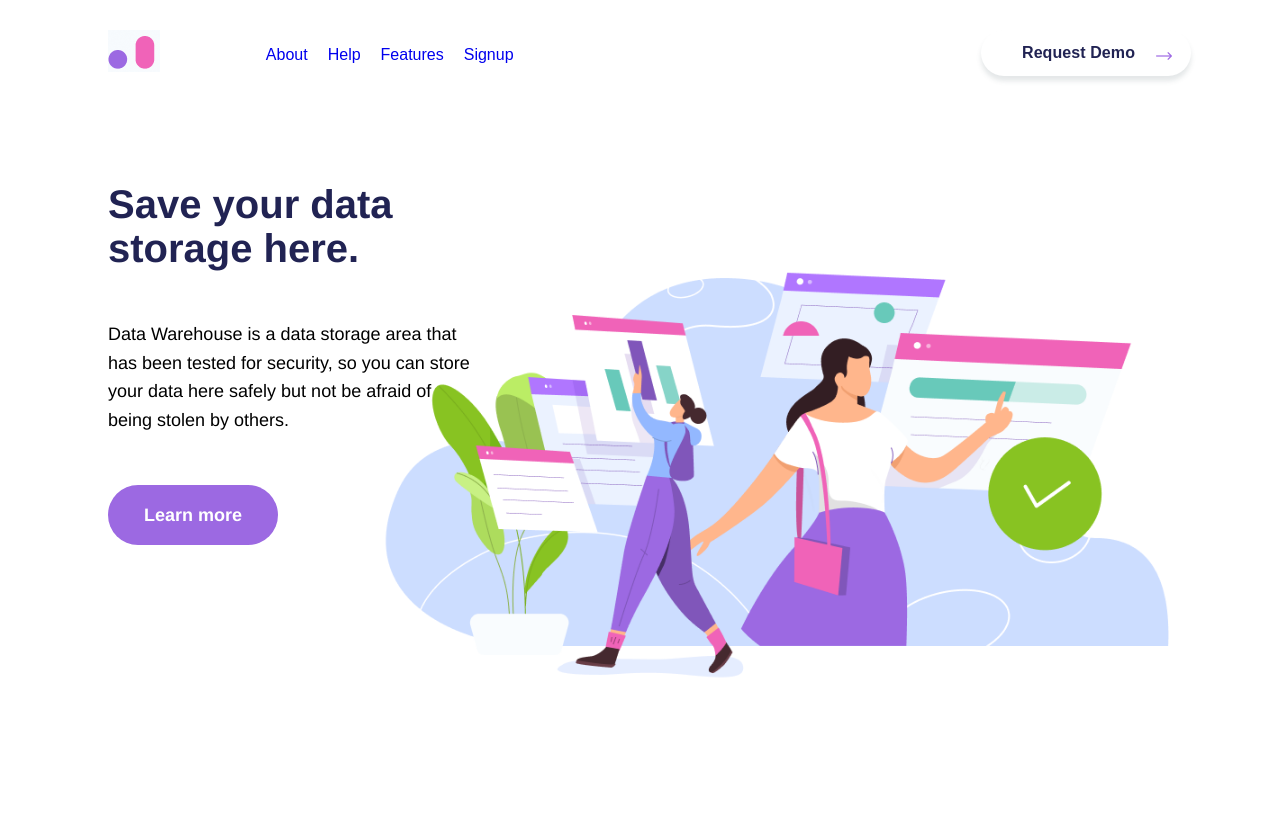
Repository: batonAnton/HW6_flexbox
Page: index.html
The author's editor kept a copy of each file at every save. The page is drawn from the files as they stood at one save, then again after the next save.
The browser window is 1280 px wide. The pictures show the whole page.
Some web fonts or font styles are not loaded; a fallback is used.

Above is the page before, as saved 2022-06-18 11:15:32.

### index.html
<!DOCTYPE html>
<html lang="en">
<head>
    <meta charset="UTF-8">
    <meta http-equiv="X-UA-Compatible" content="IE=edge">
    <meta name="viewport" content="width=device-width, initial-scale=1.0">
    <link href="http://fonts.cdnfonts.com/css/helvetica-neue-9" rel="stylesheet">
    <link rel="stylesheet" href="./fonts/Helvetica-Bold.ttf">
    <link rel="stylesheet" href="./fonts/AvenirLTStd-Black.otf">
    <link rel="stylesheet" href="/css/style.css">
    <title>FlexBox</title>
</head>
<body>
    <header>
        <div class="logo">
            <img src="./images/logo.png" alt="logo">
        </div>

        <nav>
            <ul>
                <li>
                    <a href="#">about</a>
                </li>
                <li>
                    <a href="#">help</a>
                </li>
                <li>
                    <a href="#">features</a>
                </li>
                <li>
                    <a href="#">signup</a>
                </li>
            </ul>
        </nav>

        <div class="header-btn">
            <div>
                <button>request demo</button>
            </div>
            <div class="btn-img">
                <img src="./images/right-arrow.png" alt="arrow-right" >
            </div>
        </div>
    </header>

    <div class="section">
        <div class="info">
            <h1>Save your data <br> storage here.</h1>
            <p>Data Warehouse is a data storage area that <br>has been
                tested for security, so you can store <br> your data here
                safely but not be afraid of <br> being stolen by others.</p>
            <button>Learn more</button>
        </div>

        <div class="section-img">
            <img src="./images/headerImg.png" alt="">
        </div>
    </div>
</body>
</html>

### css/style.css
body {
  box-sizing: border-box;
  font-family: "Avenir";
}

header {
  display: flex;
  margin: 30px 100px;
  justify-content: space-between;
  /* border: 1px solid gray; */
 font-family: Arial, Helvetica, sans-serif;
  font-size: 16px;
}


nav {
  margin-right: 40%;
}

nav ul {
  display: flex;
  list-style: none;
  color: #4b5d68;
}

nav ul li a {
  text-decoration: none;
  padding-left: 20px;
  text-transform: capitalize;
}

.header-btn {
  display: flex;
  justify-content: center;
}


.header-btn button {
  padding: 15px 30px 15px 15px;
  text-transform: capitalize;
  border: none;
  border-radius: 50px;
  background: #ffffff;
  box-shadow: 0px 5px 5px rgb(75 93 104 / 15%);
  width: 210px;
  color: #212353;
  font-size: 16px;
  font-weight: 800;
  line-height: 100%;
  letter-spacing: 0.005em;
}

.btn-img {
  margin-left: -35px;
  padding-left: -15px;
  align-self: center;
}

button img {
  padding-top: 5px;
  margin-left: 5px;
}

button:hover {
  border: 1px solid rgba(156, 105, 226, 1);
  text-decoration: underline;
}

.section {
  display: flex;
  margin: 70px 100px;
  position: relative;
  height: 600px;
  overflow: hidden;
}


.info {
  width: 50%;
}

.section h1 {
  font-style: normal;
  font-weight: 700;
  font-size: 40px;
  line-height: 110%;
  font-family: "Helvetica Neue", sans-serif;
  color:#212353;
  font-weight: 700;
}



.section p {
  font-family: 'Avenir', Helvetica, sans-serif;
  font-style: normal;
  font-weight: 500;
  font-size: 18px;
  line-height: 160%;
  margin-top: 50px;
  margin-bottom: 50px;
}

.section-img {
  position: absolute;
  bottom: 10%;
  right: -8%;
}
.section-img img {
  width: 90%;
}

.info button{
    font-family: 'Avenir', Helvetica, sans-serif;
    font-style: normal;
    font-weight: 700;
    font-size: 18px;
    line-height: 160%;
    background-color: #9C69E2;
    border-radius: 50px;
    color: #ffffff;
    width: 170px;
    height: 60px;
    border: none;
}

After the next save:
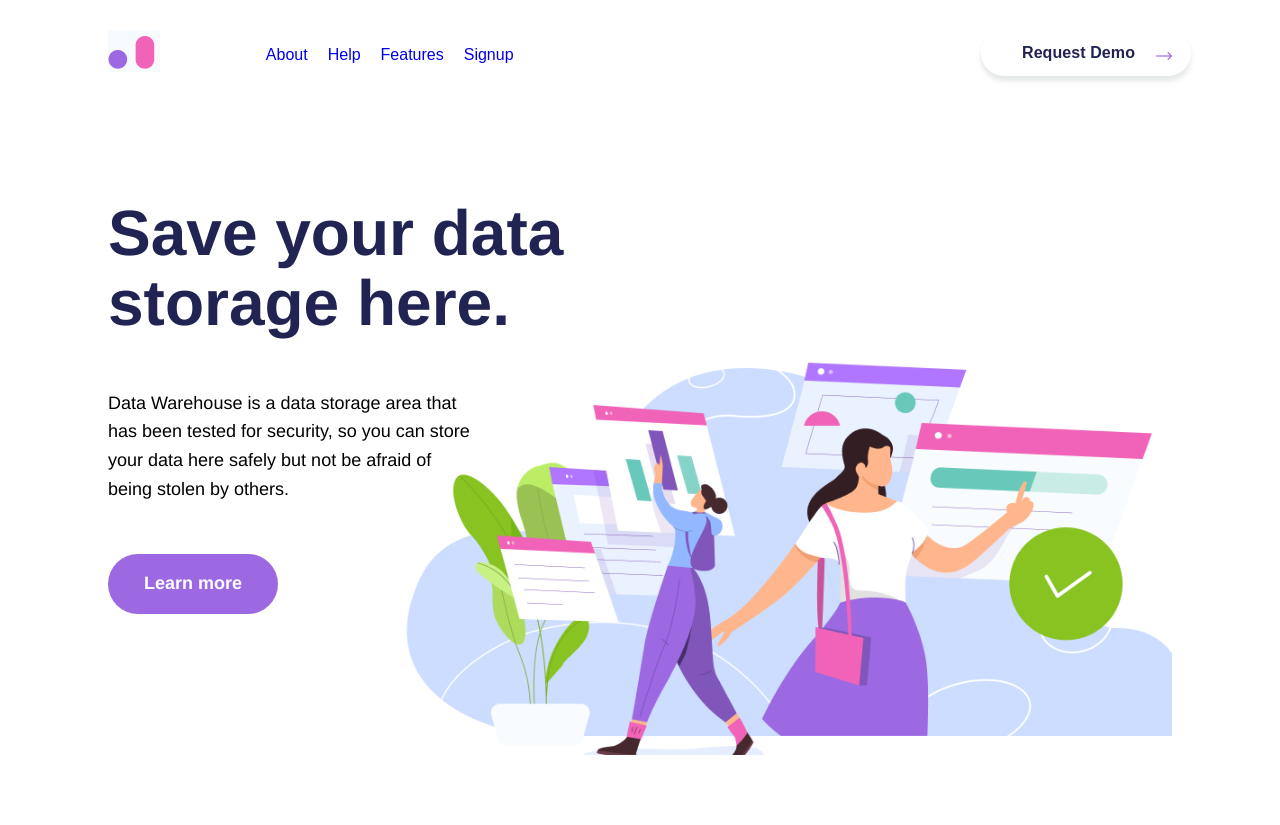
Saved 73 s later.
--- a/css/style.css
+++ b/css/style.css
@@ -82,7 +82,7 @@ button:hover {
 .section h1 {
   font-style: normal;
   font-weight: 700;
-  font-size: 40px;
+  font-size: 4rem;
   line-height: 110%;
   font-family: "Helvetica Neue", sans-serif;
   color:#212353;
@@ -103,8 +103,8 @@ button:hover {
 
 .section-img {
   position: absolute;
-  bottom: 10%;
-  right: -8%;
+  bottom: -5%;
+  right: -10%;
 }
 .section-img img {
   width: 90%;
@@ -122,4 +122,5 @@ button:hover {
     width: 170px;
     height: 60px;
     border: none;
+    cursor: pointer;
 }
